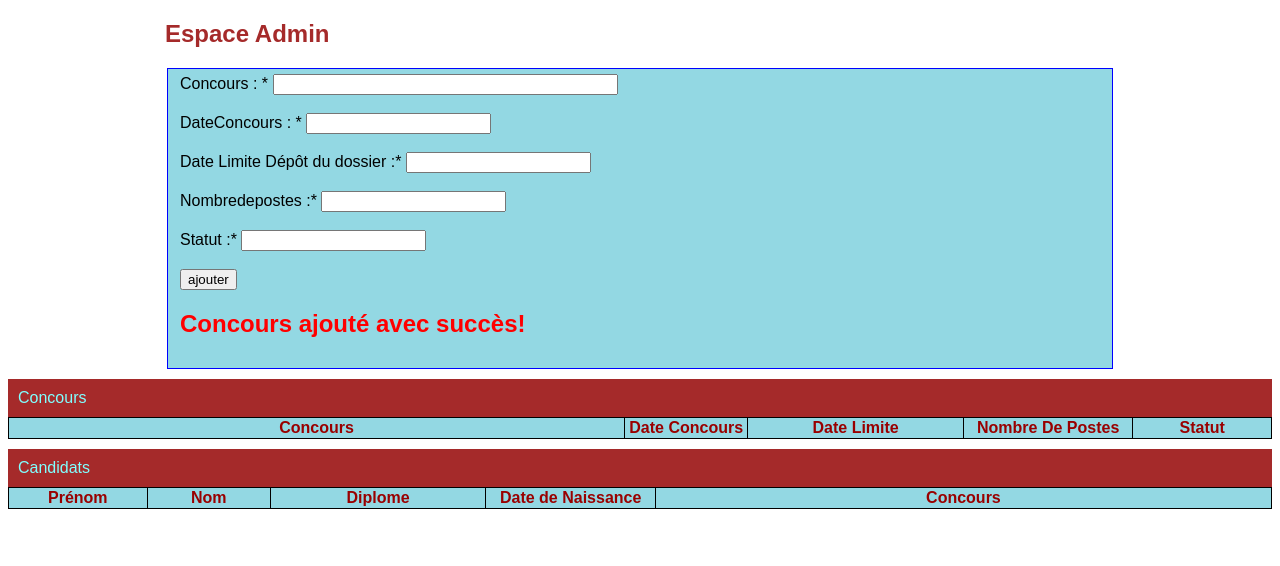
Repository: yahouari/Stage2019
Page: http://localhost/test/valide.jsp
The author's editor kept a copy of each file at every save. The page is drawn from the files as they stood at one save, then again after the next save.
The browser window is 1280 px wide. The pictures show the whole page.
The page is served by Tomcat 9. Queries for data that is not in the repository find no rows.

Above is the page before, as saved 2019-07-26 11:51:21.

After the next save:
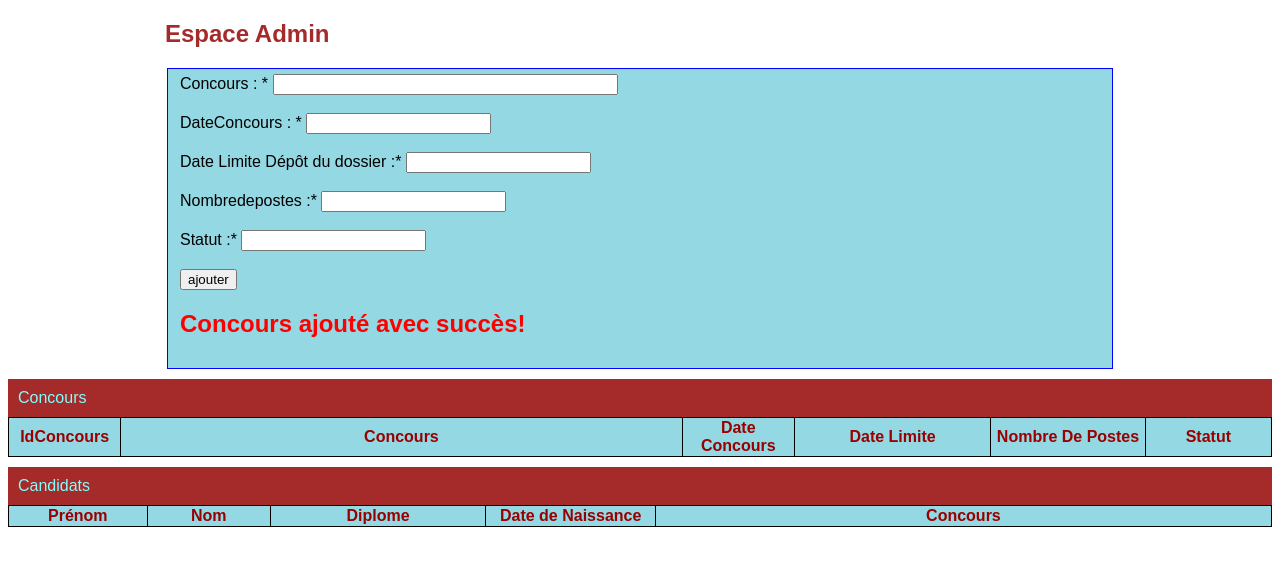
Saved 98 s later.
--- a/test/WebContent/valide.jsp
+++ b/test/WebContent/valide.jsp
@@ -58,6 +58,8 @@
               <table >
                     <tbody>
                     <tr bgcolor="#93d8e3" >
+                    <th style="width:8%">IdConcours</th>
+
                     <th style="width:40%">Concours</th>
                     <th style="width:8%">Date Concours</th>
                     <th style="width:14%">Date Limite</th>
@@ -83,6 +85,8 @@
                     while (Rs.next()) {
             %>
             <tr class="info">
+                <td><%=Rs.getString("idg")%></td>
+
                 <td><%=Rs.getString("concours")%></td>
                 <td><%=Rs.getString("dateconcours")%></td>
                 <td><%=Rs.getString("datelimite")%></td>
